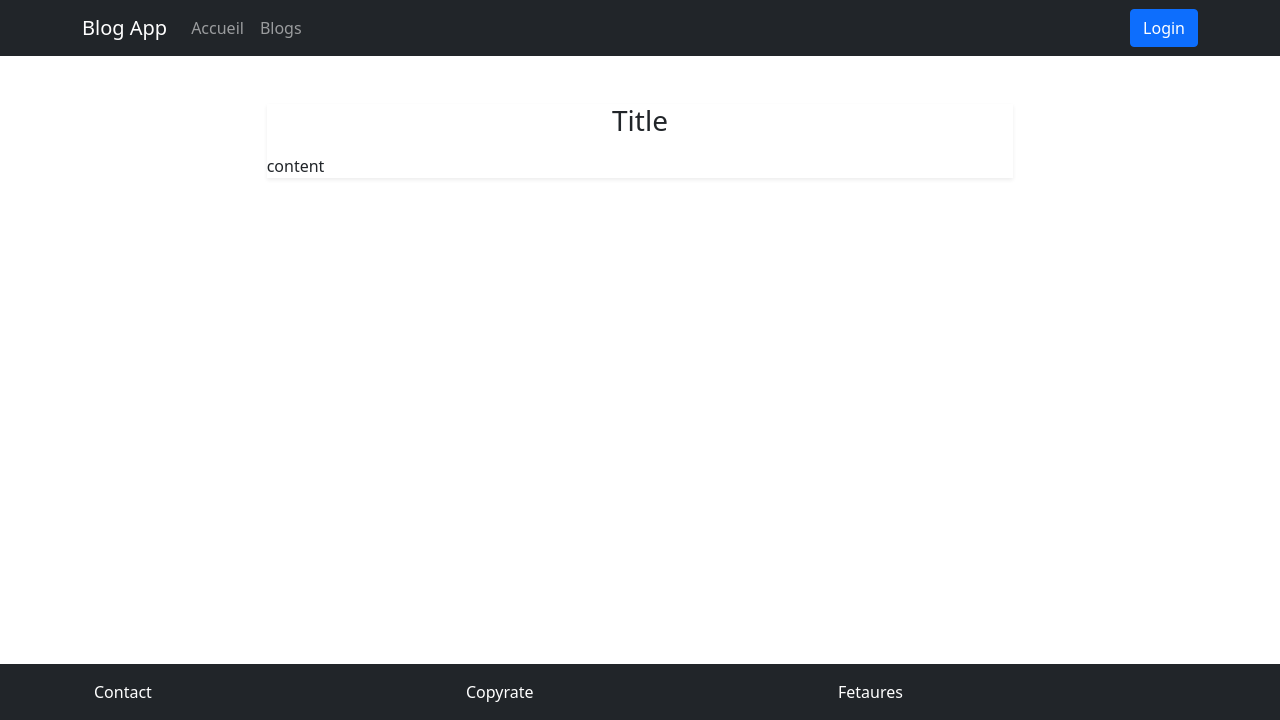
Repository: FS-23/laravel-blog-app
Page: http://localhost/blog/detail
The author's editor kept a copy of each file at every save. The page is drawn from the files as they stood at one save, then again after the next save.
The browser window is 1280 px wide. The pictures show the whole page.
The page is served by the project's Laravel application, run on PHP 8.4 with Laravel 9.

Above is the page before, as saved 2022-06-07 13:40:13.

After the next save:
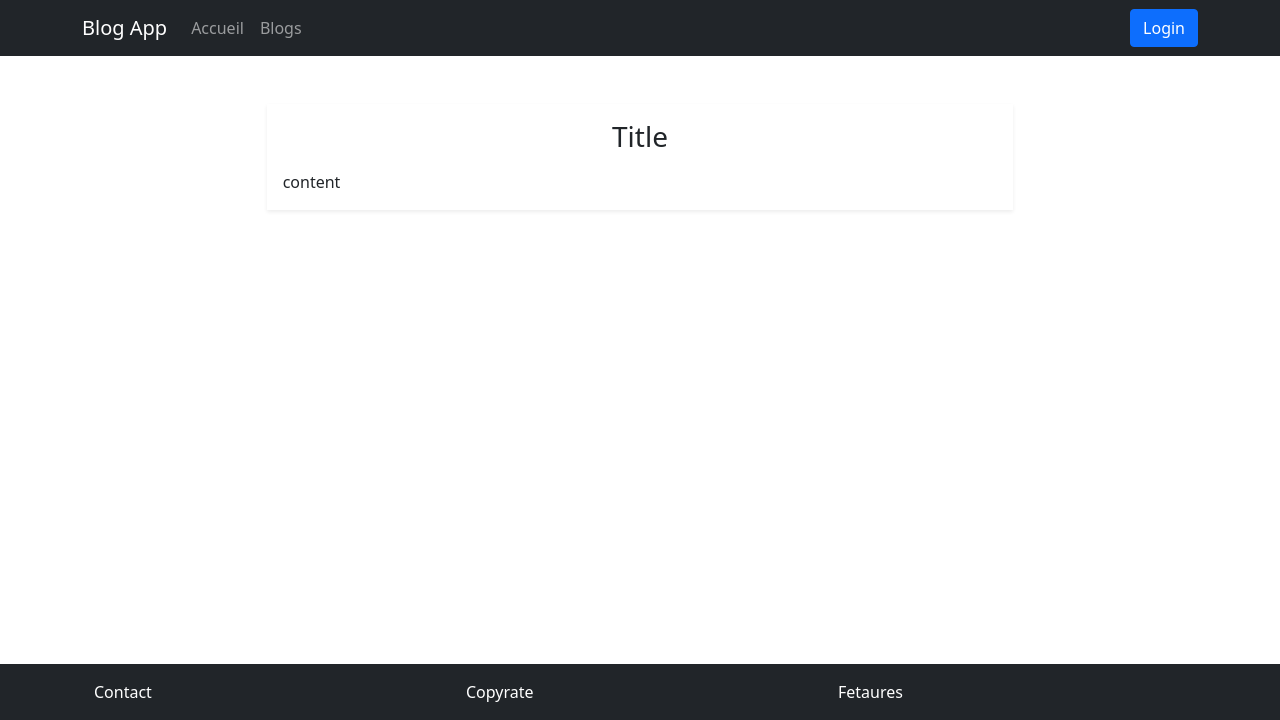
Saved 10 s later.
--- a/BlogApp/resources/views/blog/detail.blade.php
+++ b/BlogApp/resources/views/blog/detail.blade.php
@@ -1,7 +1,7 @@
 
 @extends('layout.layout')
 @section('content')
-    <div class="col-7 mt-5 m-auto shadow-sm">
+    <div class="col-7 mt-5 m-auto shadow-sm p-3">
            <h3 class="text-center">Title</h3>
 
            <div class="mt-3">
